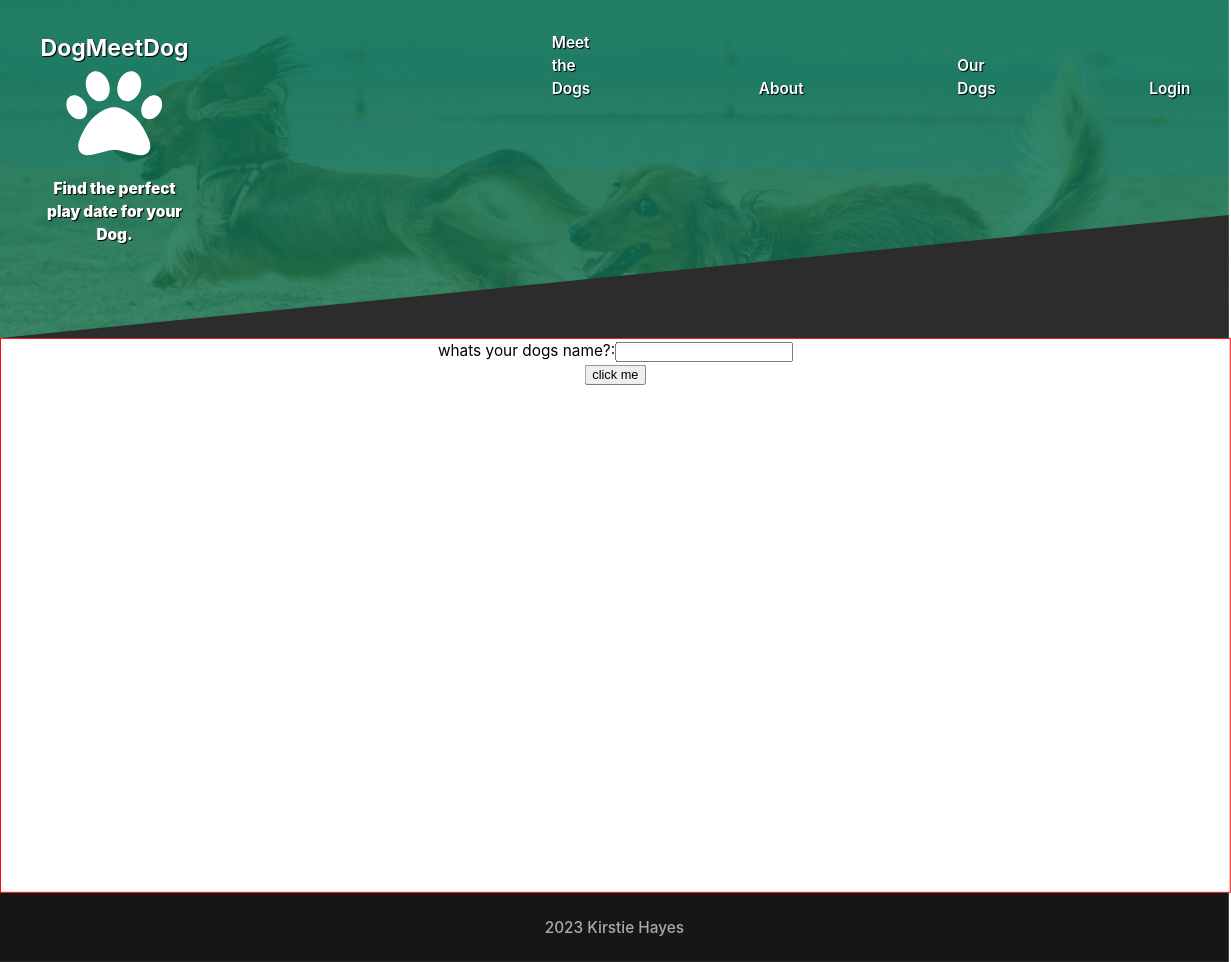
Repository: epixieme/dogmeetdog
Page: /questions (app in client/)
The author's editor kept a copy of each file at every save. The page is drawn from the files as they stood at one save, then again after the next save.
The browser window is 1280 px wide. The page is 1282 px wide, so the pictures cover 1282 px, including what lies to the right of the window. The pictures show the whole page, at 96% of full size.
Some web libraries are served in a nearby version. The project was rebuilt for these pictures with package versions that can differ from the ones it lists, and the page was loaded fresh each time. Also part of the build but not shown: client/vite.config.ts, client/src/components/Shared/Headers/Dashboard-Header/dashboardHeader.css, client/src/components/Shared/Headers/Dashboard-Header/DashboardHeader.tsx, client/src/components/Layouts/Login_Layout.tsx, client/src/pages/LoggedOut/Home.tsx, client/src/components/Shared/ErrorMessage/ErrorMessage.tsx, client/src/components/Shared/Loader/Loader.tsx, client/src/pages/LoggedOut/About/About.tsx and 10 more.

Above is the page before, as saved 2024-01-22 18:13:08.

After the next save:
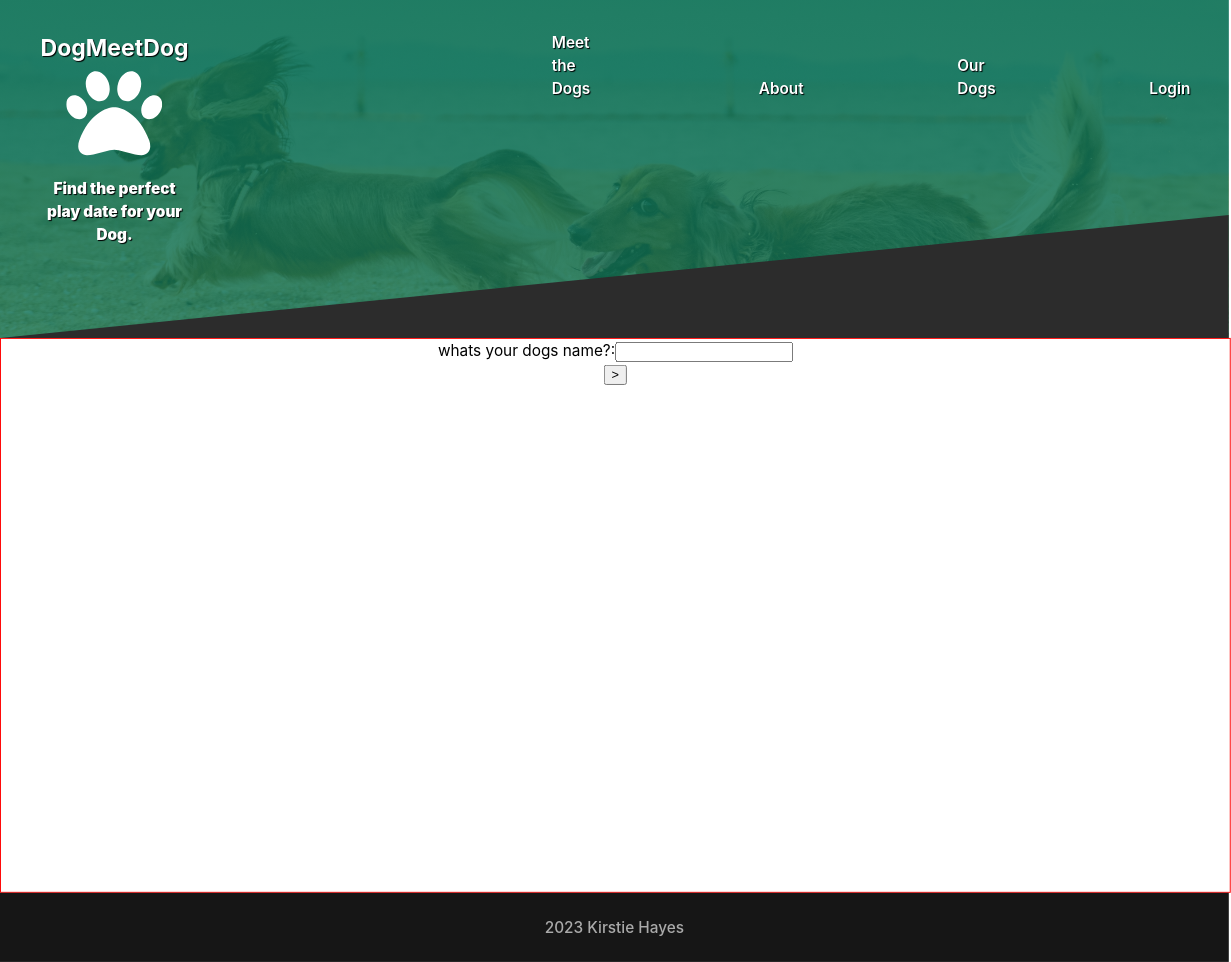
Saved 51 s later.
--- a/client/src/pages/SignUp/QuestionPage.tsx
+++ b/client/src/pages/SignUp/QuestionPage.tsx
@@ -25,7 +25,7 @@ const questionText2 =['Now Tell me about your owner(s)', 'names', 'hobbies' ]
     return (
         <div className='questionText'>
         <Question questionText={questionText[currentScreen]} />
-        <Button btnText={"click me"} onClick={nextScreen}/>
+        <Button btnText={">"} onClick={nextScreen}/>
         </div>
     )
 }
